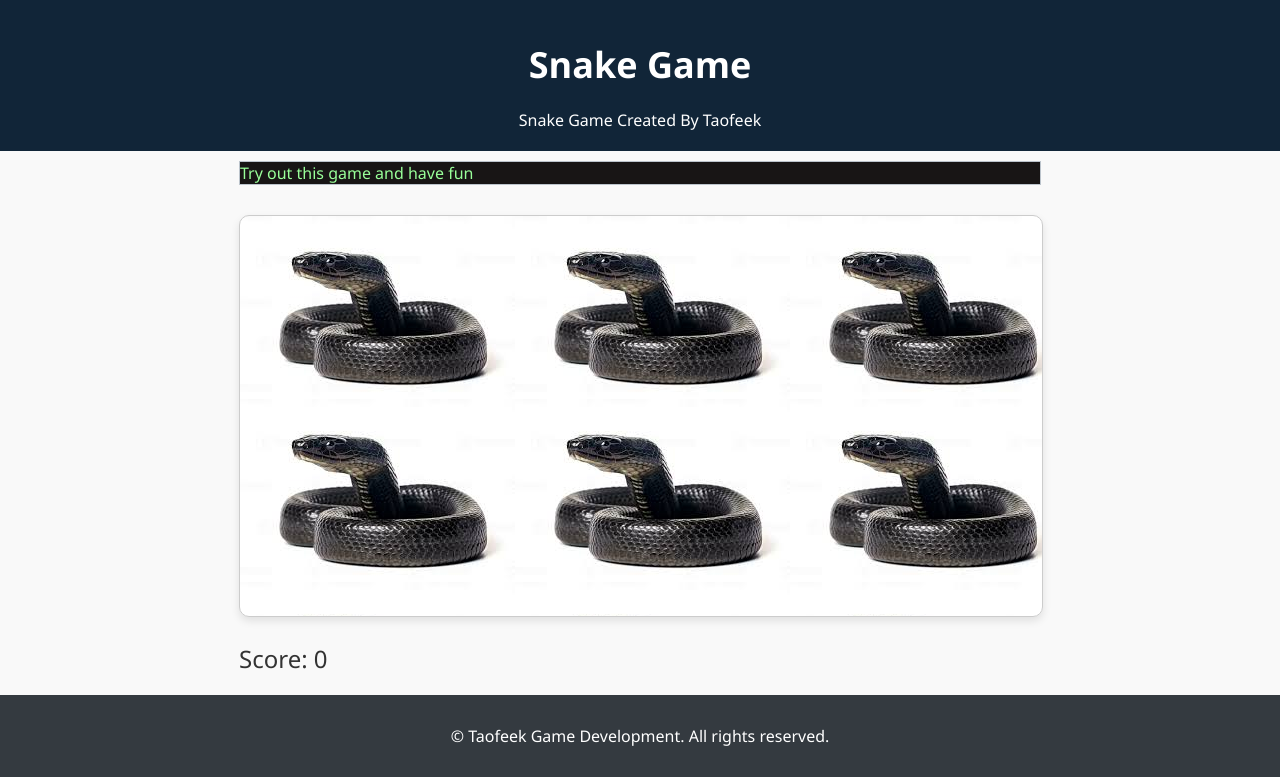
Repository: Taofeekolusola/Landing-page
Page: index.html
An editor plug-in stored every save of this project. The page is shown before and after the next save, followed by the edit.
The browser window is 1280 px wide. The pictures show the whole page.

Above is the page before, as saved 2024-05-06 18:43:02.
Not found: script.js

After the next save:
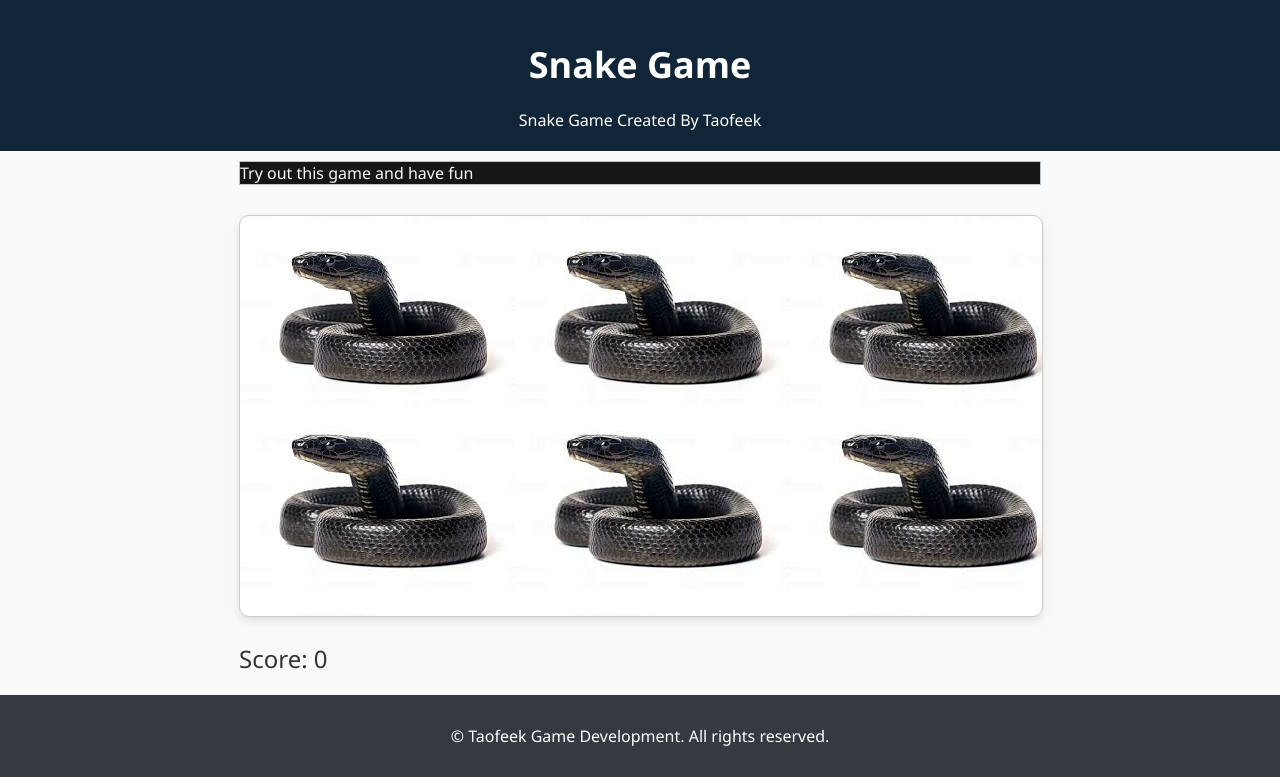
Saved 5 s later.
--- a/styles.css
+++ b/styles.css
@@ -38,7 +38,7 @@ header h1 {
     margin: 10px 0px;
     border: 1px solid #bcc4cc;
     background-color: #181515;
-    color: #9f9f;
+    color: #f9f9f9;
 }
 
 main {
